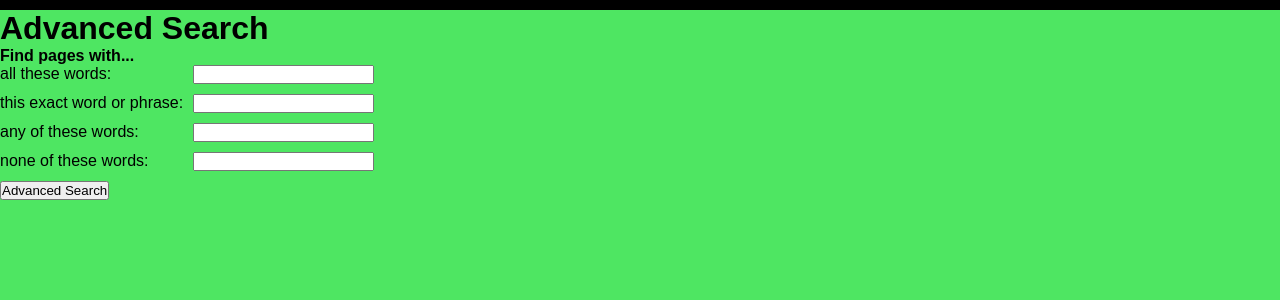
Repository: etentuk/search
Page: advanced_search.html
The author's editor kept a copy of each file at every save. The page is drawn from the files as they stood at one save, then again after the next save.
The browser window is 1280 px wide. The pictures show the whole page.

Above is the page before, as saved 2021-11-04 23:07:02.

### advanced_search.html
<!DOCTYPE html>
<html lang="en">

<head>
    <title>Advanced Search</title>
    <link rel="stylesheet" href="styles.css">
</head>

<body>

    <div id="container">
        <div id="title">
            <h1>Advanced Search</h1>
        </div>
        <h4>Find pages with...</h4>
        <form action="https://google.com/search" class="form-example">
            <div style="display: table-row;">
                <div class="form-example">
                    <label for="as_q">all these words: </label>
                    <input type="text" id="as_q" name="as_q">
                </div>
                <div class="form-example">
                    <label for="as_epq">this exact word or phrase: </label>
                    <input type="text" id="as_epq" name="as_epq">
                </div>
                <div class="form-example">
                    <label for="as_oq">any of these words: </label>
                    <input type="text" id="as_oq" name="as_oq">
                </div>
                <div class="form-example">
                    <label for="as_eq">none of these words: </label>
                    <input type="text" id="as_eq" name="as_eq">
                </div>
            </div>
            <input type="submit" value="Advanced Search">
        </form>
    </div>
</body>

</html>

### styles.css
* {
  margin: 0;
  padding: 0;
  box-sizing: border-box;
}

form.form-example {
  display: table;
}

div.form-example {
  display: table-row;
}

label,
input {
  display: table-cell;
  margin-bottom: 10px;
}

label {
  padding-right: 10px;
}

#title {
  border-top: 1px solid black;
  border-width: 10px;
}

#container {
  font-family: Arial, Helvetica, sans-serif;
  background-color: rgb(78, 230, 98);
  min-height: 100vh;
  /* padding: 60px; */
}

After the next save:
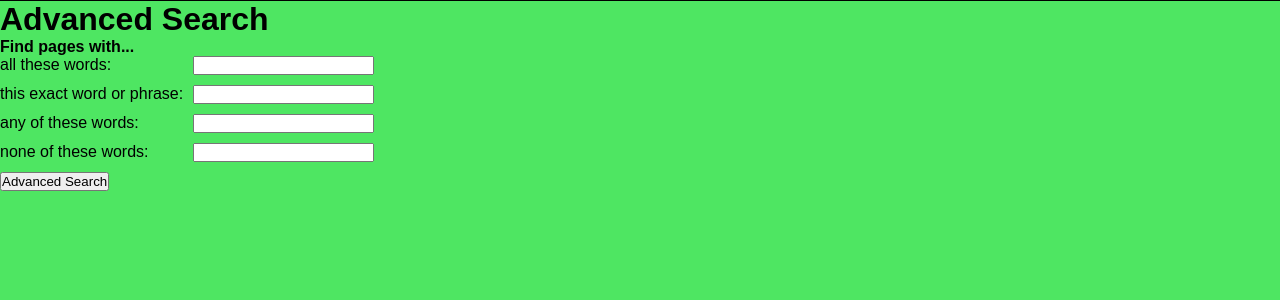
Saved 4 s later.
--- a/styles.css
+++ b/styles.css
@@ -24,7 +24,7 @@ label {
 
 #title {
   border-top: 1px solid black;
-  border-width: 10px;
+  /* border-width: 10px; */
 }
 
 #container {
